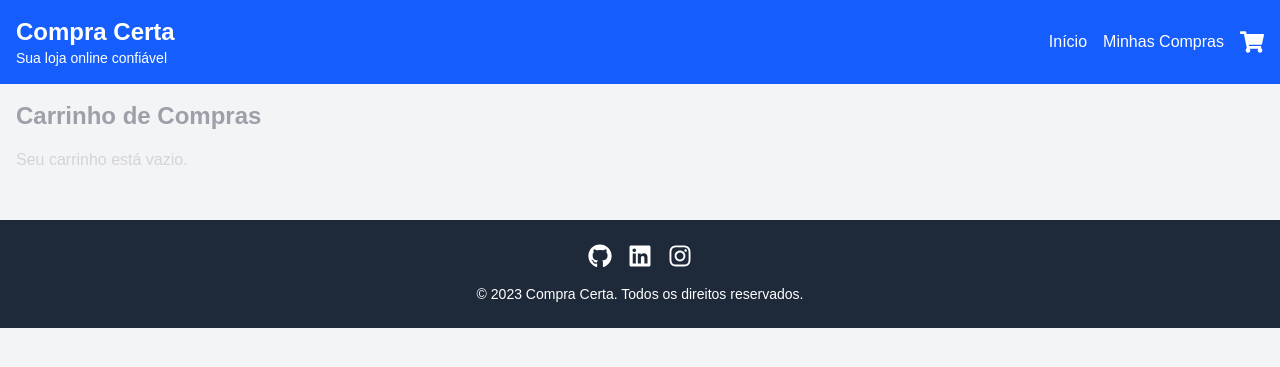
Repository: kcsdesenvolvedor/compra-certa
Page: /cart (app in front-end/)
The author's editor kept a copy of each file at every save. The page is drawn from the files as they stood at one save, then again after the next save.
The browser window is 1280 px wide. The pictures show the whole page.
The project was rebuilt for these pictures with package versions that can differ from the ones it lists, and the page was loaded fresh each time. The framework's server and built-in components were replaced by stand-ins that run in the browser. Also part of the build but not shown: front-end/next.config.ts.

Above is the page before, as saved 2025-03-12 10:38:35.

After the next save:
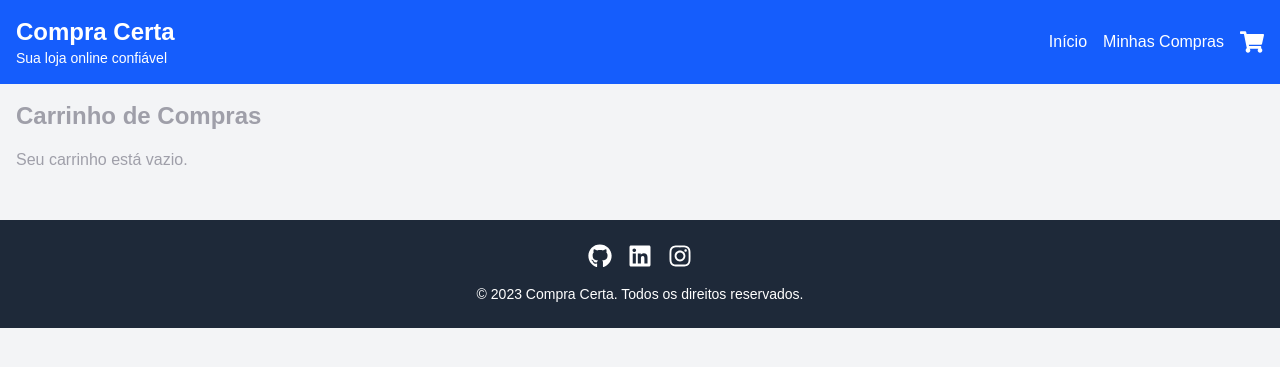
Saved 5 s later.
--- a/front-end/src/app/cart/page.tsx
+++ b/front-end/src/app/cart/page.tsx
@@ -14,7 +14,7 @@
       <main className="container mx-auto p-4">
         <h1 className="text-2xl text-zinc-400 font-bold mb-4">Carrinho de Compras</h1>
         {cart.length === 0 ? (
-          <p className="text-zinc-300">Seu carrinho está vazio.</p>
+          <p className="text-zinc-400">Seu carrinho está vazio.</p>
         ) : (
           <div className="space-y-4">
             {cart.map((item) => (
